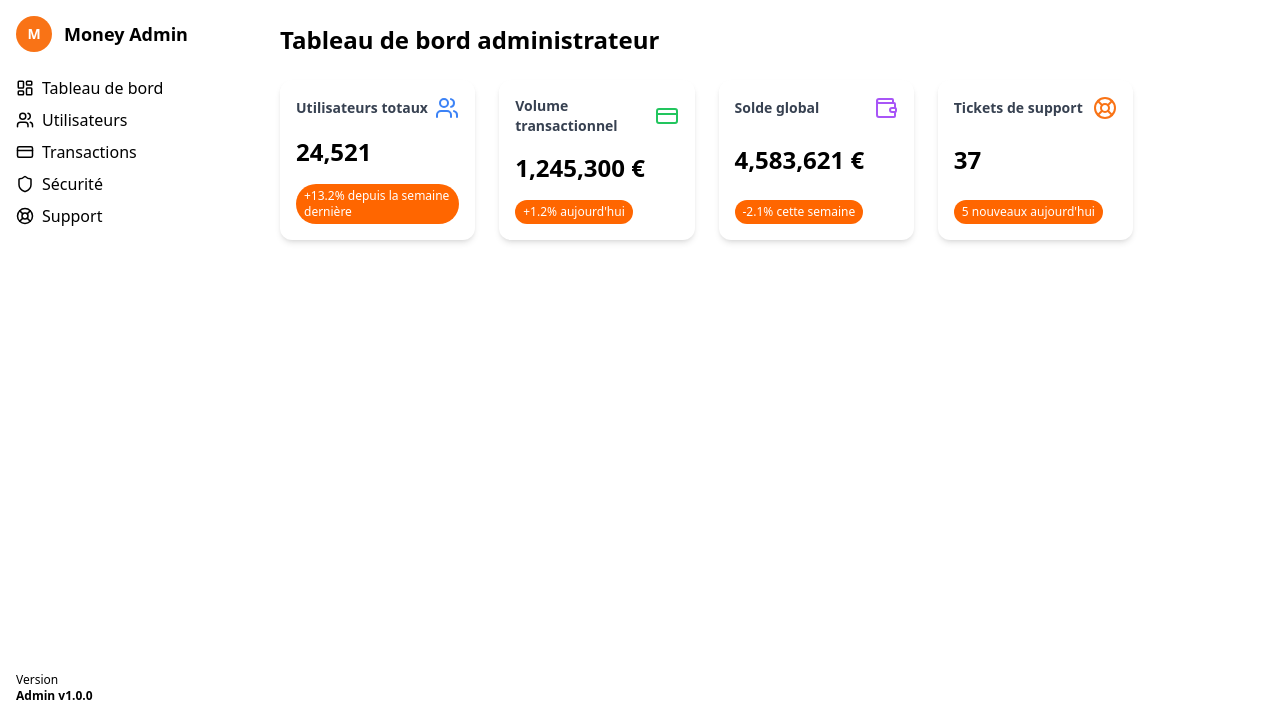
Repository: Edongo999/Dashboard
Page: /
These files come from the project's save history. The page is drawn as it stood at one moment and after the next save; the edit follows.
The browser window is 1280 px wide. The pictures show the whole page.
The project was rebuilt for these pictures with package versions that can differ from the ones it lists, and the page was loaded fresh each time. Also part of the build but not shown: vite.config.ts.

Above is the page before, as saved 2025-10-13 13:29:13.

### index.html
<!doctype html>
<html lang="en">
  <head>
    <meta charset="UTF-8" />
    <link rel="icon" type="image/svg+xml" href="/vite.svg" />
    <meta name="viewport" content="width=device-width, initial-scale=1.0" />
    <title>mon_dashboard</title>
  </head>
  <body>
    <div id="root"></div>
    <script type="module" src="/src/main.tsx"></script>
  </body>
</html>

### src/App.tsx
import Sidebar from "./components/Sidebar"
import StatBlock from "./components/StatBlock"
import { Users, CreditCard, Wallet, LifeBuoy } from "lucide-react"

const App = () => {
  const kpis = [
    {
      title: "Utilisateurs totaux",
      value: "24,521",
      subtext: "+13.2% depuis la semaine dernière",
      icon: <Users />,
      iconColor: "text-blue-500"
    },
    {
      title: "Volume transactionnel",
      value: "1,245,300 €",
      subtext: "+1.2% aujourd'hui",
      icon: <CreditCard />,
      iconColor: "text-green-500"
    },
    {
      title: "Solde global",
      value: "4,583,621 €",
      subtext: "-2.1% cette semaine",
      icon: <Wallet />,
      iconColor: "text-purple-500"
    },
    {
      title: "Tickets de support",
      value: "37",
      subtext: "5 nouveaux aujourd'hui",
      icon: <LifeBuoy />,
      iconColor: "text-orange-500"
    }
  ]

  return (
    <div className="flex min-h-screen">
      <Sidebar />
      <main className="flex-1 overflow-auto p-6 bg-base-100">
        <h1 className="text-2xl font-bold mb-6">Tableau de bord administrateur</h1>

        {/* Cartes KPI espacées */}
        <div className="flex flex-wrap gap-6 mb-6">
          {kpis.map((kpi, i) => (
            <StatBlock key={i} {...kpi} />
          ))}
        </div>
      </main>
    </div>
  )
}

export default App

### src/components/Sidebar.tsx
import {
  LayoutDashboard,
  Users,
  CreditCard,
  Shield,
  LifeBuoy
} from "lucide-react"

const Sidebar = () => {
  return (
    <aside
      className="w-64 h-screen bg-neutral text-neutral-content flex flex-col justify-between p-4"
      style={{ opacity: 1 }}
    >
      {/* Haut : logo + menu */}
      <div>
        <div className="flex items-center gap-3 mb-6">
          <div className="bg-orange-500 text-white rounded-full w-9 h-9 flex items-center justify-center font-bold text-sm shrink-0">
            M
          </div>
          <span className="text-lg font-semibold whitespace-nowrap">Money Admin</span>
        </div>

        <ul className="menu space-y-2">
          <li><a className="flex items-center gap-2"><LayoutDashboard size={18} />Tableau de bord</a></li>
          <li><a className="flex items-center gap-2"><Users size={18} />Utilisateurs</a></li>
          <li><a className="flex items-center gap-2"><CreditCard size={18} />Transactions</a></li>
          <li><a className="flex items-center gap-2"><Shield size={18} />Sécurité</a></li>
          <li><a className="flex items-center gap-2"><LifeBuoy size={18} />Support</a></li>
        </ul>
      </div>

      {/* Bas : version */}
      <div className="text-xs text-neutral-content/70 mt-6">
        Version<br />
        <span className="font-semibold">Admin v1.0.0</span>
      </div>
    </aside>
  )
}

export default Sidebar

### src/components/StatBlock.tsx
type StatBlockProps = {
  title: string
  value: string
  subtext: string
  icon: React.ReactNode
  iconColor: string
}

const StatBlock = ({ title, value, subtext, icon, iconColor }: StatBlockProps) => {
  return (
    <div
      className="bg-white shadow-md p-4 rounded-[12px] flex flex-col justify-between"
      style={{ width: "195.25px", height: "160px", opacity: 1 }}
    >
      <div className="flex justify-between items-center">
        <h3 className="text-sm font-semibold text-gray-700">{title}</h3>
        <div className={`text-xl ${iconColor}`}>{icon}</div>
      </div>
      <p className="text-2xl font-bold mt-2 text-black">{value}</p>
      <div
        className="text-xs mt-2 px-2 py-1 rounded-full w-fit font-medium"
        style={{ backgroundColor: "#FF6600", color: "white" }}
      >
        {subtext}
      </div>
    </div>
  )
}

export default StatBlock

### tailwind.config.js
/** @type {import('tailwindcss').Config} */
module.exports = {
  content: ["./src/**/*.{js,jsx,ts,tsx}"],
  theme: { extend: {} },
  plugins: [require("daisyui")],
  daisyui: {
    themes: [
      {
        mytheme: {
          "primary": "#570df8",
          "secondary": "#f000b8",
          "accent": "#37cdbe",
          "neutral": "#3d4451",
          "base-100": "#F3F4F6", // <-- couleur de fond principale pour tout le dashboard
          "base-200": "#e5e7eb", // pour cartes ou sections légèrement plus foncées
          "base-300": "#d1d5db", // pour éléments encadrés
          "base-content": "#111827", // couleur du texte principal
          "info": "#3ABFF8",
          "success": "#36D399",
          "warning": "#FBBD23",
          "error": "#F87272",
        },
      },
    ],
  },
};

Loaded but not shown: src/main.tsx (common file); src/index.css (common file)

After the next save:
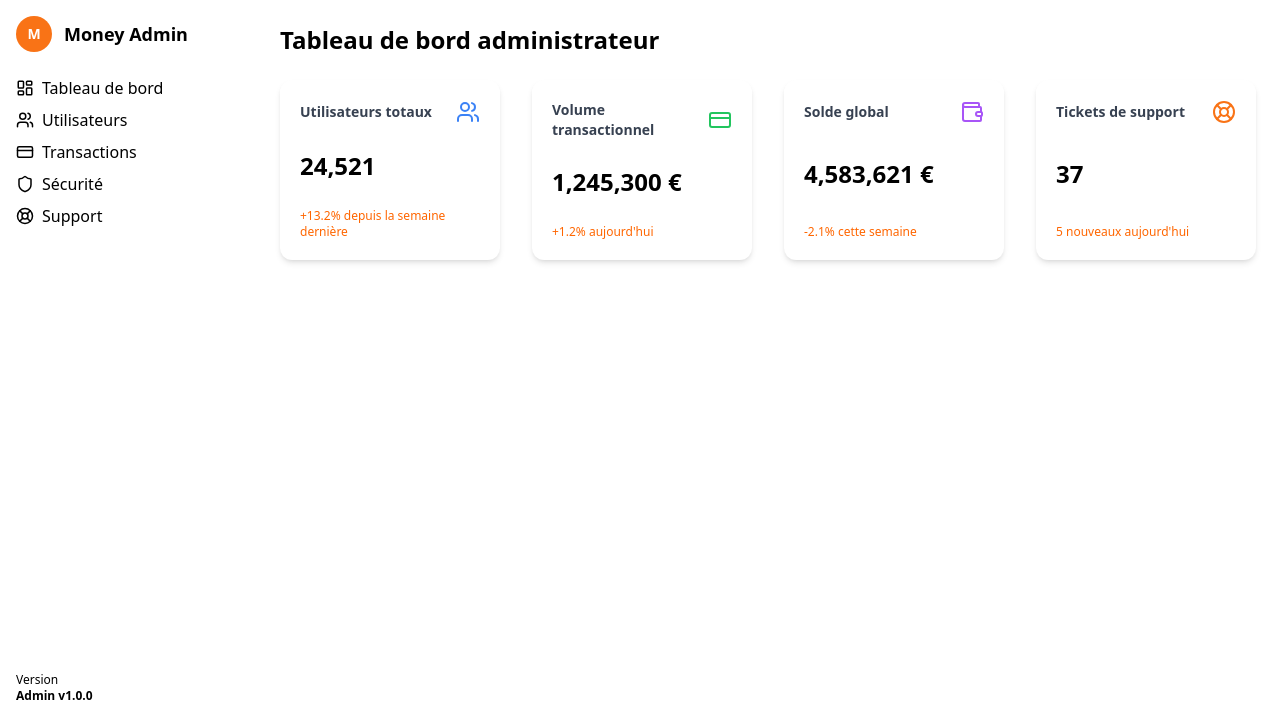
Saved 2 min 22 s later.
--- a/src/App.tsx
+++ b/src/App.tsx
@@ -40,8 +40,8 @@ const App = () => {
       <main className="flex-1 overflow-auto p-6 bg-base-100">
         <h1 className="text-2xl font-bold mb-6">Tableau de bord administrateur</h1>
 
-        {/* Cartes KPI espacées */}
-        <div className="flex flex-wrap gap-6 mb-6">
+        {/* Cartes KPI bien espacées */}
+        <div className="flex flex-wrap gap-x-8 gap-y-6 mb-6">
           {kpis.map((kpi, i) => (
             <StatBlock key={i} {...kpi} />
           ))}
--- a/src/components/StatBlock.tsx
+++ b/src/components/StatBlock.tsx
@@ -9,20 +9,15 @@ type StatBlockProps = {
 const StatBlock = ({ title, value, subtext, icon, iconColor }: StatBlockProps) => {
   return (
     <div
-      className="bg-white shadow-md p-4 rounded-[12px] flex flex-col justify-between"
-      style={{ width: "195.25px", height: "160px", opacity: 1 }}
+      className="bg-white shadow-md p-5 rounded-[12px] flex flex-col justify-between"
+      style={{ width: "220px", height: "180px", opacity: 1 }}
     >
       <div className="flex justify-between items-center">
         <h3 className="text-sm font-semibold text-gray-700">{title}</h3>
         <div className={`text-xl ${iconColor}`}>{icon}</div>
       </div>
       <p className="text-2xl font-bold mt-2 text-black">{value}</p>
-      <div
-        className="text-xs mt-2 px-2 py-1 rounded-full w-fit font-medium"
-        style={{ backgroundColor: "#FF6600", color: "white" }}
-      >
-        {subtext}
-      </div>
+      <p className="text-xs mt-2 text-[#FF6600] font-medium">{subtext}</p>
     </div>
   )
 }
